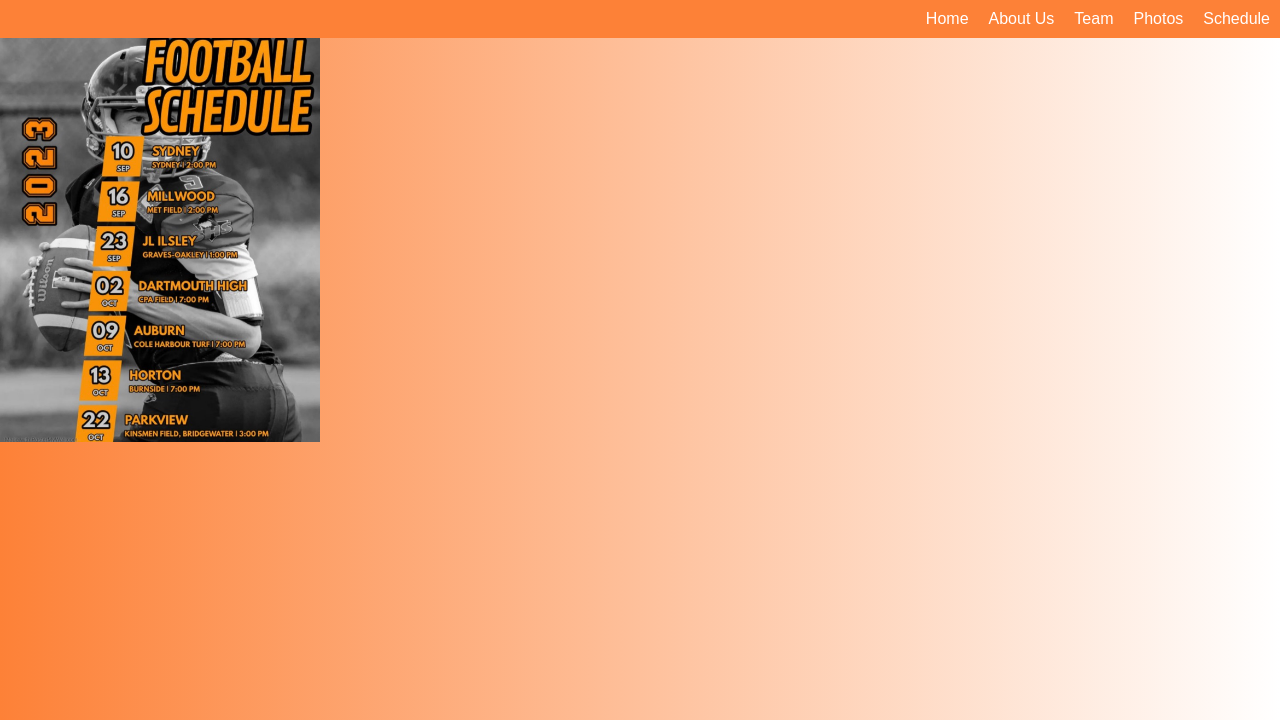
Repository: SHSFootballRepo/Website
Page: public/schedule.html
The author's editor kept a copy of each file at every save. The page is drawn from the files as they stood at one save, then again after the next save.
The browser window is 1280 px wide. The pictures show the whole page.

Above is the page before, as saved 2023-08-19 18:45:17.

### public/schedule.html
<!DOCTYPE html>
<html lang="en">
<head>
    <meta charset="UTF-8">
    <meta name="viewport" content="width=device-width, initial-scale=1.0">
    <link rel="stylesheet" href="styles.css">
    <title>SHS Football Team Homepage</title>
</head>
<body>
    <header>
        <nav>
            <ul>
                <li><a href="/index.html">Home</a></li>
                <li><a href="/about.html">About Us</a></li>
                <li><a href="/team.html">Team</a></li>
                <li><a href="/photos.html">Photos</a></li>
                <li><a href="/schedule.html">Schedule</a></li>
            </ul>
        </nav>


    </header>
    <section class="schedule1">
        <img src="image0.png" alt="Team Photo">
    </section>
</body>

### public/styles.css
/* Reset some default styles */
body, h1, h2, h3, p {
    margin: 0;
    padding: 0;
}

/* Basic styling */
body {
    background: linear-gradient(to right, #FD8137, white);
    margin: 0;
    padding: 0;
    font-family: Arial, sans-serif;
}

header {
    background:#FD8137;
    color: #fff;
    padding: 10px;
    display: flex;
    justify-content: flex-end;
}

nav ul {
    list-style: none;
    display: flex;
    margin: 0;
    padding: 0;
}

nav ul li {
    margin-left: 20px;
}

nav ul li a {
    text-decoration: none;
    color: #fff;
    transition: color 0.3s; /* Smooth color transition on hover */
}

nav ul li a:hover {
    color: #FD8137; /* Change color on hover */
}

/* Hero section and other styles... */


.hero {
    text-align: center;
    padding: 50px 1;
    background-color: linear-gradient(to right, #FD8137, black);
}

.hero img {
    max-width: 25%;
    height: auto;
}

.hero h1 {
    font-size: 36px;
    margin: 20px 0;
}

.cta-button {
    display: inline-block;
    padding: 10px 20px;
    background-color: #333;
    color: #fff;
    text-decoration: none;
    border-radius: 5px;
    transition: background-color 0.3s; /* Smooth background color transition on hover */
    margin-top: 15px;
}

.cta-button:hover {
    background-color: #555; /* Change background color on hover */
}

.latest-news {
    padding: 50px;
}

.news-card {
    padding: 20px;
    margin-bottom: 20px;
    background-color: #fff;
    border-radius: 5px;
}

.news-card img {
    max-width: 5%;
    height: auto;
}

.WIP {
    text-align: center;
    padding: 25px 1;
    background-color: white;
    border-radius: 5px;
    margin: 500;
}

footer {
    text-align: center;
    padding: 20px 0;
    background-color: #333;
    color: #fff;
}

.page-content {
    padding: 50px;
    text-align: center;
    font-size: xx-large;
}

.schedule1 img {
    max-width: 25%;
    min-width: 25%;
}

After the next save:
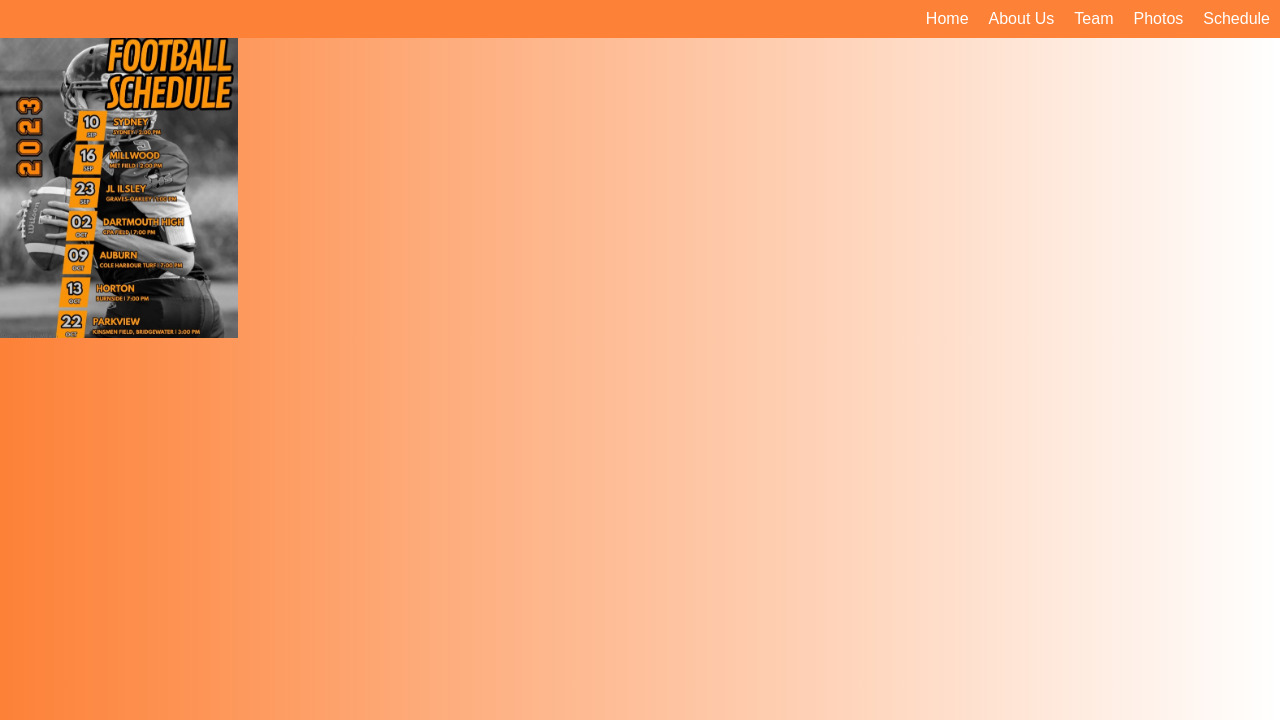
Saved 56 s later.
--- a/public/styles.css
+++ b/public/styles.css
@@ -113,6 +113,8 @@
 }
 
 .schedule1 img {
-    max-width: 25%;
-    min-width: 25%;
+    height: auto;
+    width: auto;
+    max-width: 300px;
+    max-height: 300px;
 }
